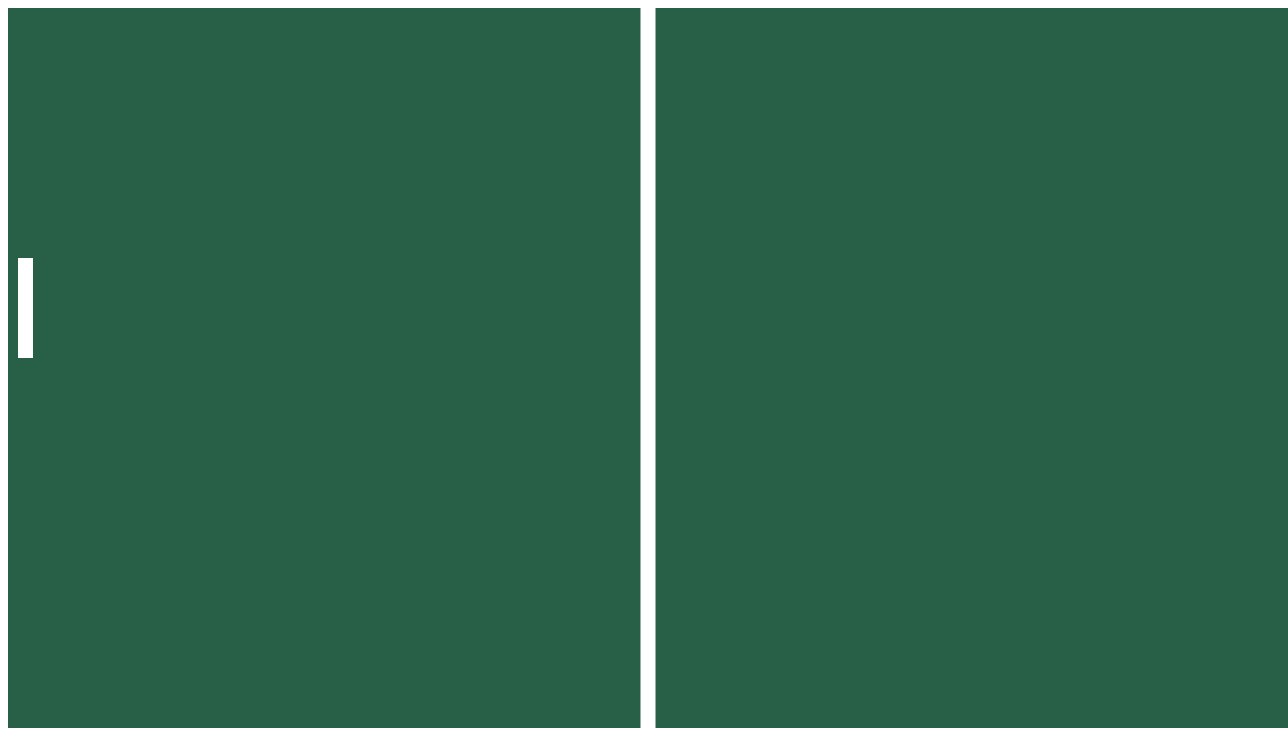
Repository: luizgaivaa/Game
Page: index.html
An editor plug-in stored every save of this project. The page is shown before and after a run of saves, followed by the edit.
The browser window is 1280 px wide. The page is 1288 px wide, then 1280 px, then 1288 px, so the pictures cover 1288 px, including what lies to the right of the window. The pictures show the whole page.

Above is the page before, as saved 2024-03-26 16:13:53.

### index.html
<!DOCTYPE html>
<html lang="en">
<head>
    <meta charset="UTF-8">
    <meta name="viewport" content="width=device-width, initial-scale=1.0">
    <title>Ping_pong</title>
</head>
<body>
    <canvas></canvas>
        <script>
               const canvasEl = document.querySelector("canvas")
        const canvasCtx = canvasEl.getContext("2d")

        const lineWidth = 15
        function setup(){
            canvasEl.width = canvasCtx.width = window.innerWidth
            canvasEl.height = canvasCtx.height = window.innerHeight
        }

        function draw (){
            canvasCtx.fillStyle = "#286047"
            canvasCtx.fillRect(0,0, window.innerWidth, window.innerHeight)

            canvasCtx.fillStyle = "#ffffff"
            const x= window.innerWidth /2 - lineWidth /2
            const y = 0
            const w = lineWidth
            const h = window.innerHeight

            canvasCtx.fillRect(x,y,w,h)
            //raquete esquerda
            canvasCtx.fillRect(10,250,lineWidth,100)

            //raquete direita
            canvasCtx.fillRect(window.innerHeight - lineWidth + 850, 250, lineWidth, 100)




        }
        setup()
        draw()
        </script>


</body>
</html>

After the next 3 saves:
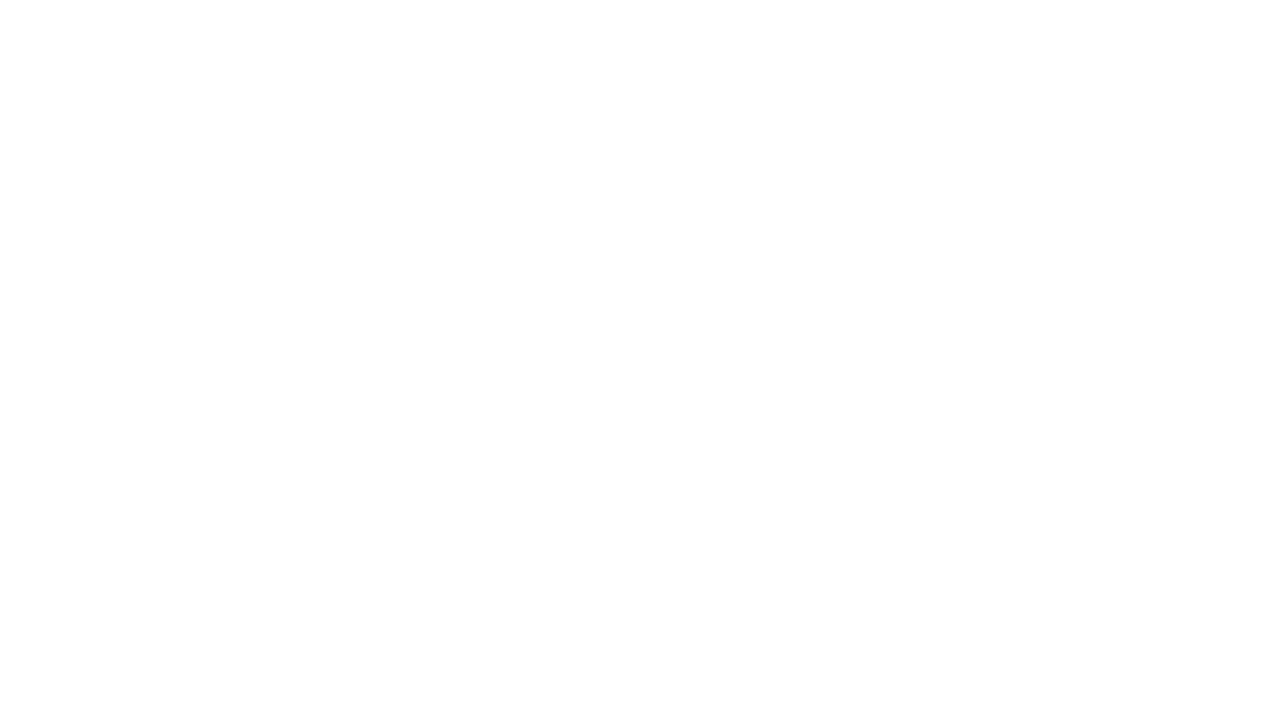
Console error: SyntaxError: missing ) after argument list
The 3 saves are shown as one change because they came seconds apart.
The last was saved 17 s later.
--- a/index.html
+++ b/index.html
@@ -32,7 +32,7 @@
             canvasCtx.fillRect(10,250,lineWidth,100)
 
             //raquete direita
-            canvasCtx.fillRect(window.innerHeight - lineWidth + 850, 250, lineWidth, 100)
+            canvasCtx.fillRect(window.innerHeight - lineWidth 850, 250, lineWidth, 100)
 
 
 

After the save that followed:
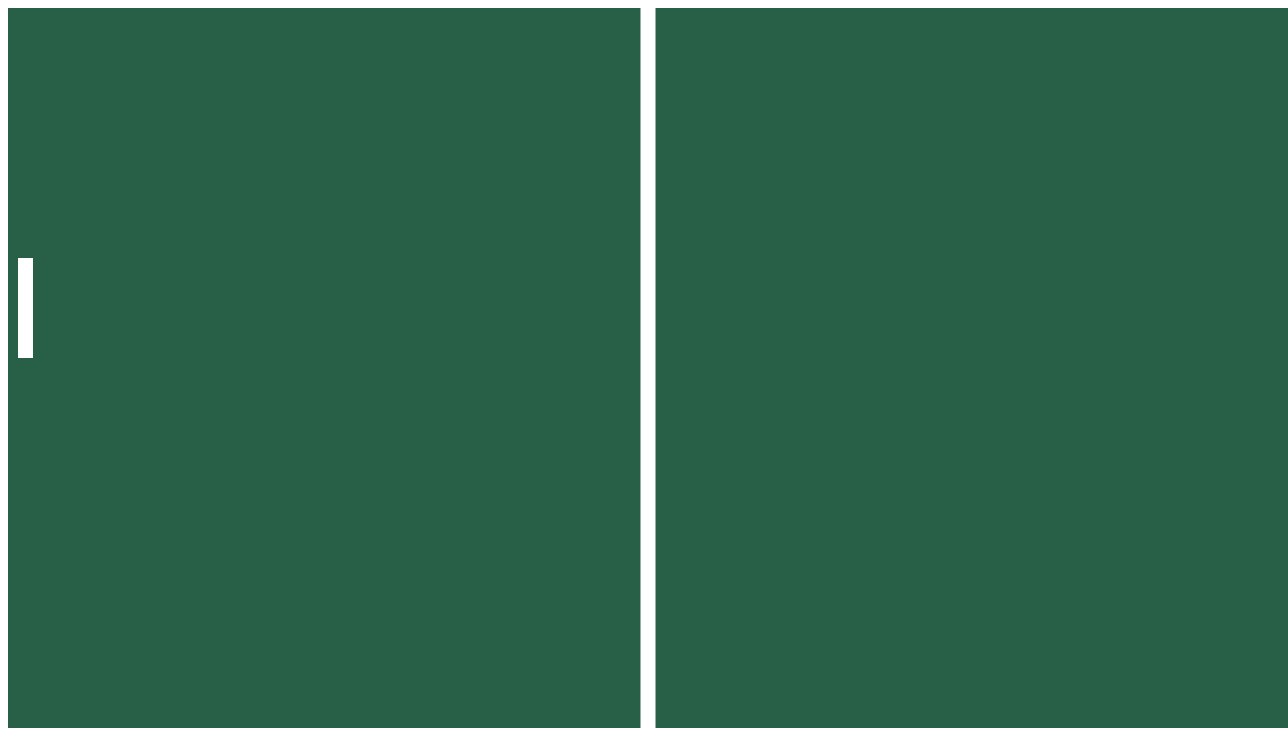
The error is gone.
Saved 5 s later.
--- a/index.html
+++ b/index.html
@@ -32,7 +32,7 @@
             canvasCtx.fillRect(10,250,lineWidth,100)
 
             //raquete direita
-            canvasCtx.fillRect(window.innerHeight - lineWidth 850, 250, lineWidth, 100)
+            canvasCtx.fillRect(window.innerHeight - lineWidth + 850, 250, lineWidth, 100)
 
 
 
